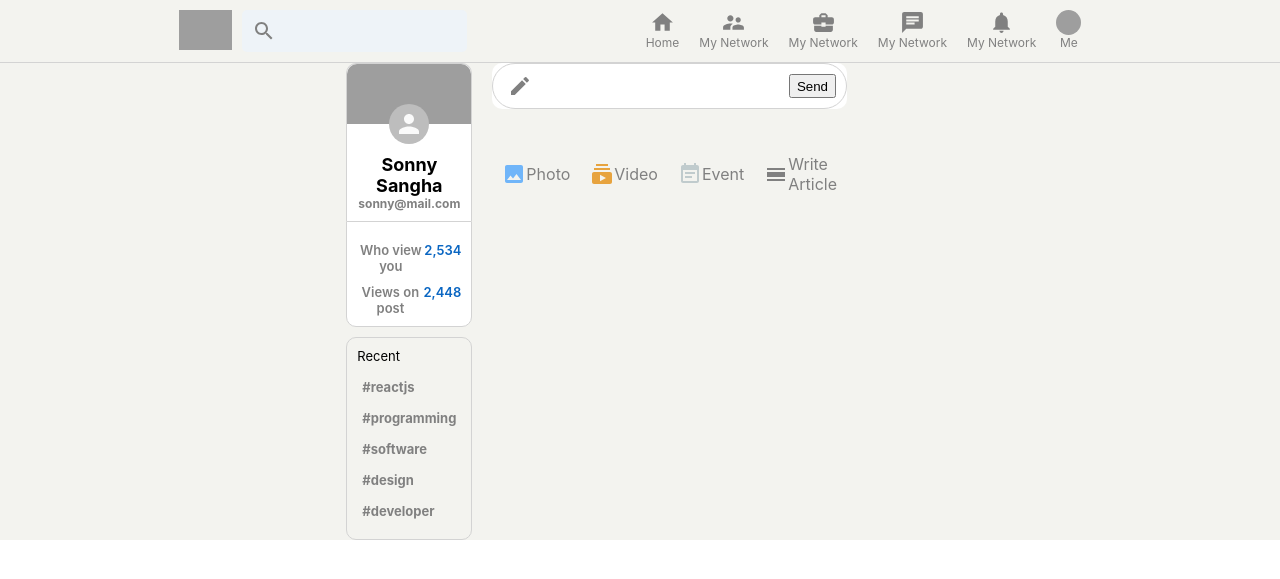
Repository: joaogamarra/linkedin-clone
Page: /
An editor plug-in stored every save of this project. The page is shown before and after the next save, followed by the edit.
The browser window is 1280 px wide. The pictures show the whole page.
Pictures or frames that could not be fetched are drawn as grey boxes. The project was rebuilt for these pictures with package versions that can differ from the ones it lists, and the page was loaded fresh each time.

Above is the page before, as saved 2021-02-19 13:23:34.

After the next save:
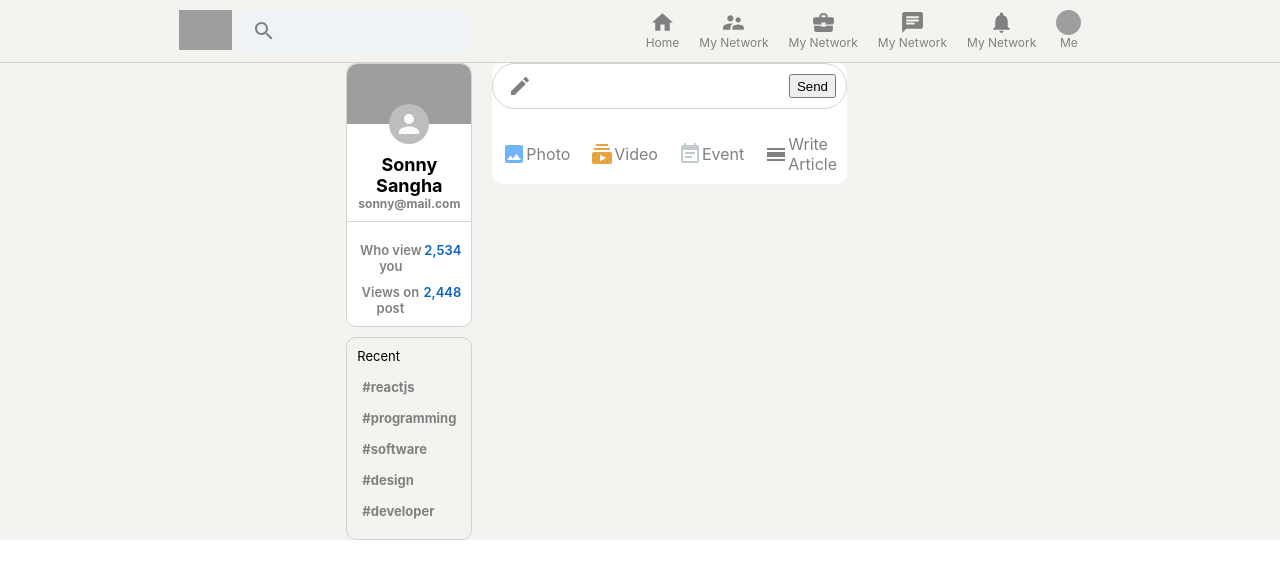
Saved 92 s later.
--- a/src/components/feed/Feed.js
+++ b/src/components/feed/Feed.js
@@ -17,12 +17,12 @@ const Feed = () => {
 						<button type='submit'>Send</button>
 					</form>
 				</div>
-			</div>
-			<div className='feed__inputOptions'>
-				<InputOption Icon={ImageIcon} title='Photo' color='#70b5f9' />
-				<InputOption Icon={SubscriptionsIcon} title='Video' color='#E7A33E' />
-				<InputOption Icon={EventNoteIcon} title='Event' color='#C0CBCD' />
-				<InputOption Icon={CalendarViewDayIcon} title='Write Article' color='#70b5f7FC15E9' />
+				<div className='feed__inputOptions'>
+					<InputOption Icon={ImageIcon} title='Photo' color='#70b5f9' />
+					<InputOption Icon={SubscriptionsIcon} title='Video' color='#E7A33E' />
+					<InputOption Icon={EventNoteIcon} title='Event' color='#C0CBCD' />
+					<InputOption Icon={CalendarViewDayIcon} title='Write Article' color='#70b5f7FC15E9' />
+				</div>
 			</div>
 		</div>
 	)
